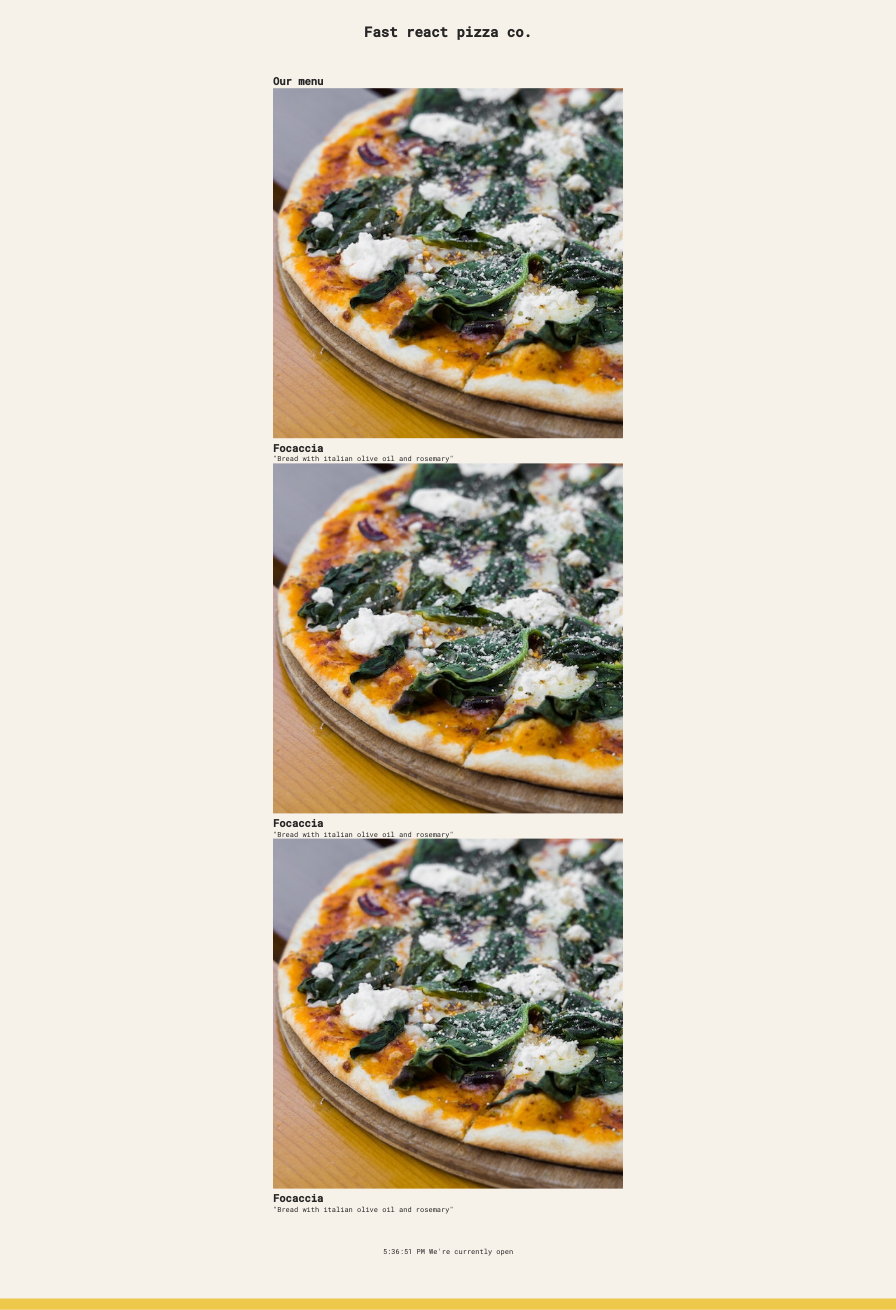
Repository: ahmedharidy/First-React-App
Page: /
An editor plug-in stored every save of this project. The page is shown before and after the next save, followed by the edit.
The browser window is 1280 px wide. The pictures show the whole page, at 70% of full size.
The project was rebuilt for these pictures with package versions that can differ from the ones it lists, and the page was loaded fresh each time.

Above is the page before, as saved 2026-09-22 09:14:20.

### src/index.js
import React from "react";
import ReactDOM from "react-dom/client";
import "./index.css";

const pizzaData = [
  {
    name: "Focaccia",
    ingredients: "Bread with italian olive oil and rosemary",
    price: 6,
    photoName: "pizzas/focaccia.jpg",
    soldOut: false,
  },
  {
    name: "Pizza Margherita",
    ingredients: "Tomato and mozarella",
    price: 10,
    photoName: "pizzas/margherita.jpg",
    soldOut: false,
  },
  {
    name: "Pizza Spinaci",
    ingredients: "Tomato, mozarella, spinach, and ricotta cheese",
    price: 12,
    photoName: "pizzas/spinaci.jpg",
    soldOut: false,
  },
  {
    name: "Pizza Funghi",
    ingredients: "Tomato, mozarella, mushrooms, and onion",
    price: 12,
    photoName: "pizzas/funghi.jpg",
    soldOut: false,
  },
  {
    name: "Pizza Salamino",
    ingredients: "Tomato, mozarella, and pepperoni",
    price: 15,
    photoName: "pizzas/salamino.jpg",
    soldOut: true,
  },
  {
    name: "Pizza Prosciutto",
    ingredients: "Tomato, mozarella, ham, aragula, and burrata cheese",
    price: 18,
    photoName: "pizzas/prosciutto.jpg",
    soldOut: false,
  },
];
function App() {
  return (
    <div className="container">
      <Header />
      <Menu />
      <Footer />
    </div>
  );
}

function Pizza() {
  return (
    <div>
      <img src="pizzas/spinaci.jpg" alt="alt"></img>
      <h2>Focaccia</h2>
      <p>"Bread with italian olive oil and rosemary"</p>
    </div>
  );
}

function Header() {
  //   const style = { color: "red", fontSize: "48px", textTransform: "uppercase" };
  const style = {};
  return (
    <header>
      <h1 style={style} className="header">
        Fast react pizza co.
      </h1>
    </header>
  );
}
function Menu() {
  return (
    <div>
      <h2>Our menu</h2>
      <Pizza />
      <Pizza />
      <Pizza />
    </div>
  );
}
function Footer() {
  const hour = new Date().getHours();
  const openHour = 12;
  const closeHour = 22;
  const isOpen = hour >= openHour && hour <= closeHour;

  //   if (hour >= openHour && hour <= closeHour) alert("were currently open!");
  //   else alert("sorry were closed");

  return (
    <footer>{new Date().toLocaleTimeString()} We're currently open</footer>
  );
  //   return React.createElement("footer", null, "we're currently open");
}

const root = ReactDOM.createRoot(document.getElementById("root"));

root.render(<App />);

Loaded but not shown: public/index.html (common file); src/index.css (common file)

After the next save:
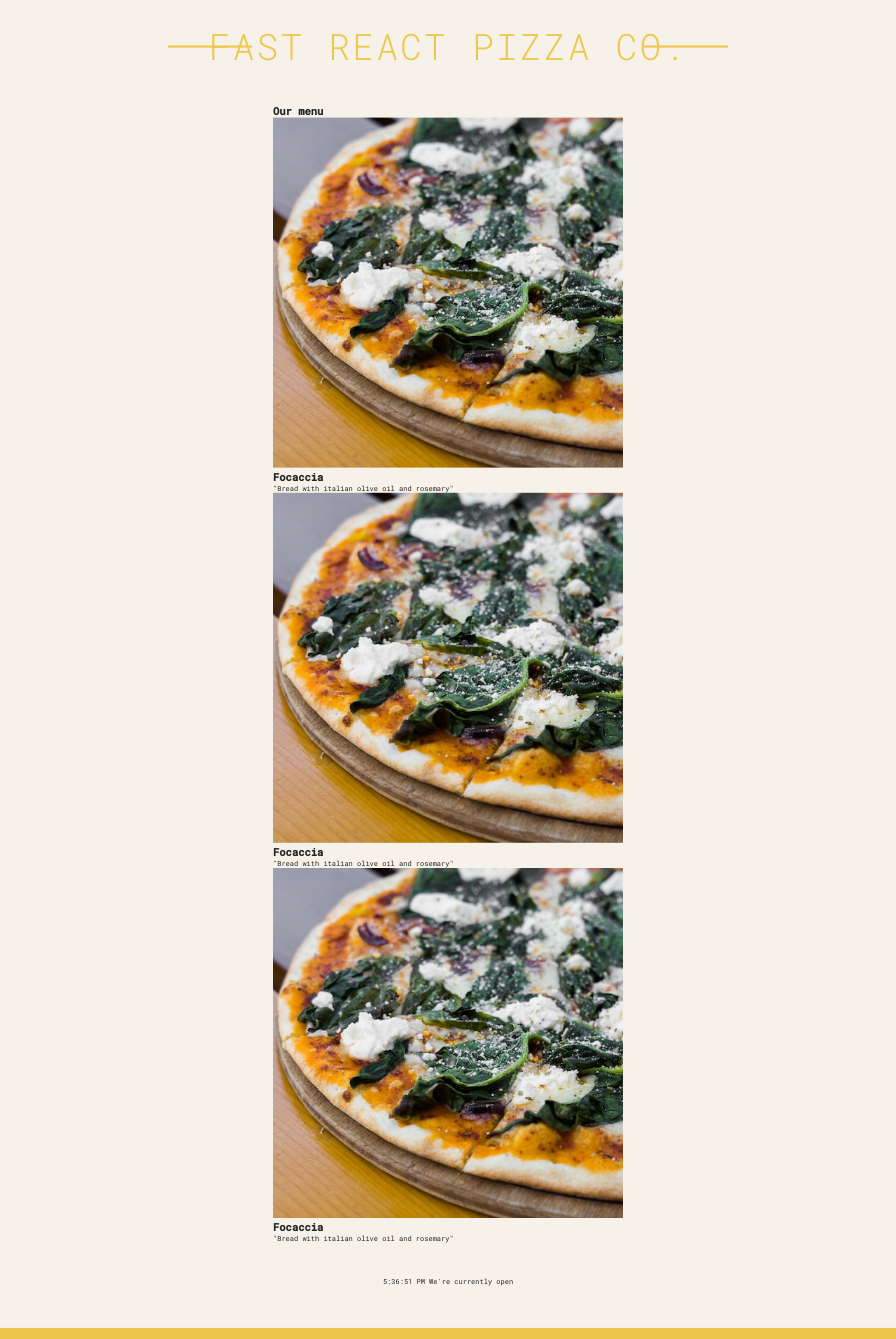
Saved 20 s later.
--- a/src/index.js
+++ b/src/index.js
@@ -70,10 +70,8 @@ function Header() {
   //   const style = { color: "red", fontSize: "48px", textTransform: "uppercase" };
   const style = {};
   return (
-    <header>
-      <h1 style={style} className="header">
-        Fast react pizza co.
-      </h1>
+    <header className="header">
+      <h1 style={style}>Fast react pizza co.</h1>
     </header>
   );
 }
